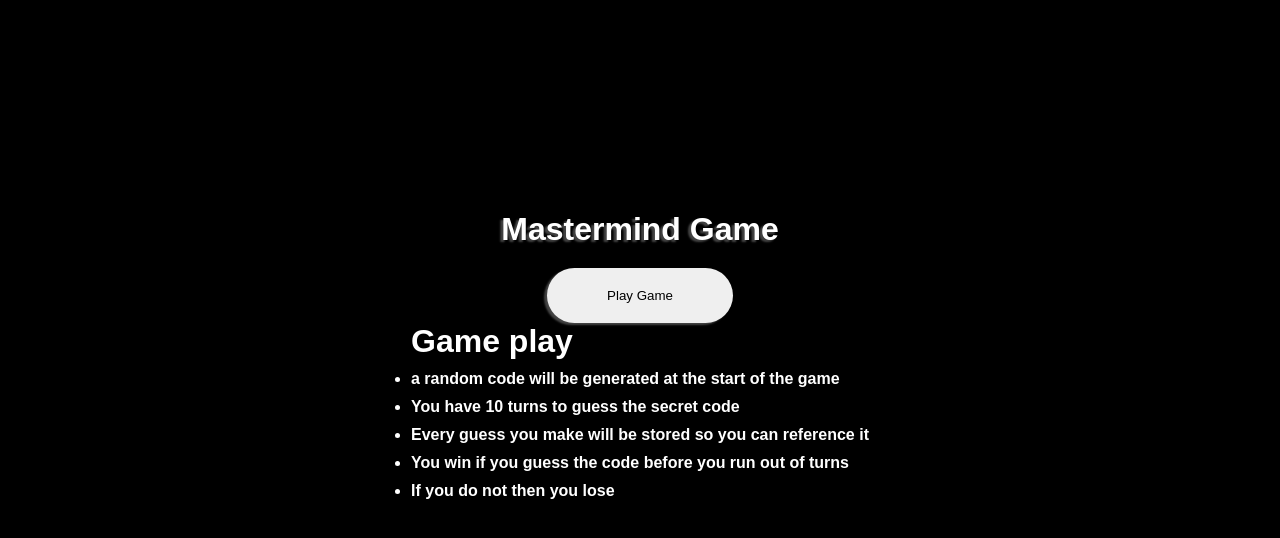
Repository: programmer686/Mastermind-with-Next.js
Page: /
These files come from the project's save history. The page is drawn as it stood at one moment and after the next save; the edit follows.
The browser window is 1280 px wide. The pictures show the whole page.
The project was rebuilt for these pictures with package versions that can differ from the ones it lists, and the page was loaded fresh each time. The framework's server and built-in components were replaced by stand-ins that run in the browser. Also part of the build but not shown: next.config.js, src/styles/GameBoard.module.css, src/styles/PastPlay.module.css, src/comps/PastPlay.js, src/styles/GamePlay.module.css, src/comps/Logic.js, src/styles/Results.module.css, src/comps/Results.js and 3 more.

Above is the page before, as saved 2023-07-18 20:38:33.

After the next save:
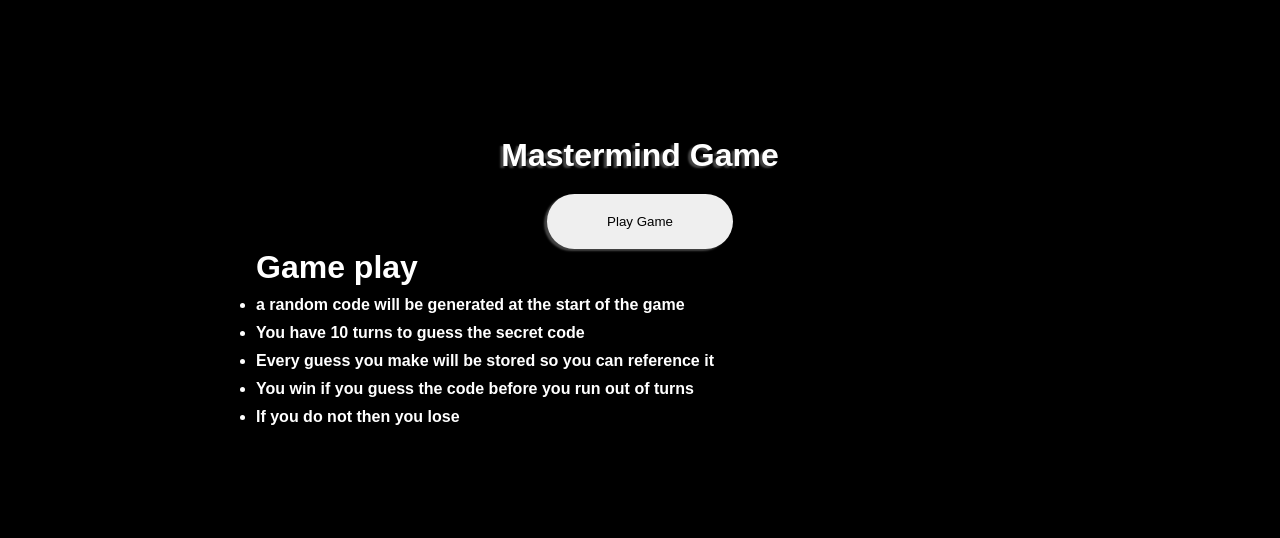
Saved 25 s later.
--- a/src/styles/StartScreen.module.css
+++ b/src/styles/StartScreen.module.css
@@ -26,6 +26,11 @@
     color: white;
 }
 
+.startscreen__game_fules_container {
+    width: 60vw;
+    height: 40vh;
+}
+
 .startscreen__game_fules_li {
     font-weight: bolder;
     font-family: Arial, Helvetica, sans-serif;
